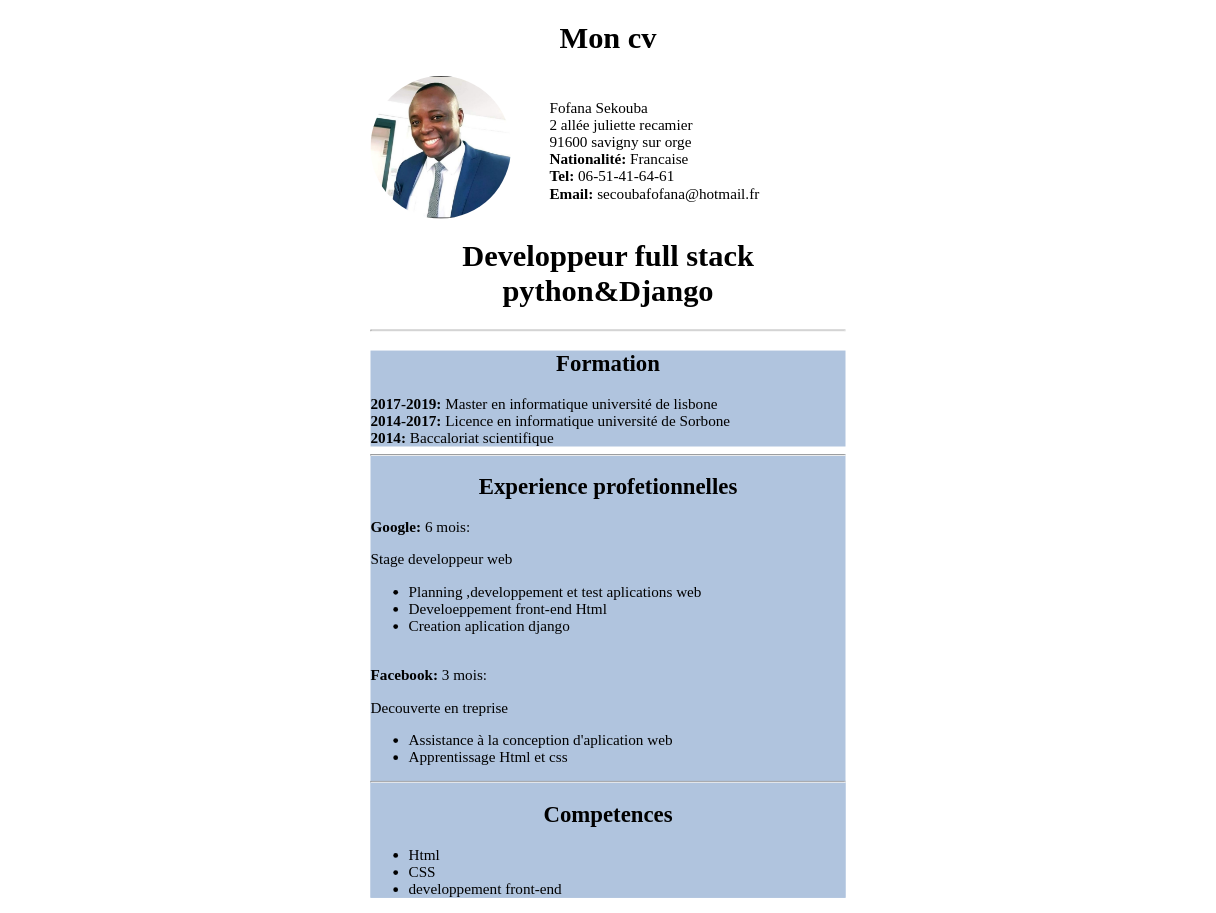
Repository: lamdakara/cv-html
Page: index.html
An editor plug-in stored every save of this project. The page is shown before and after the next save, followed by the edit.
The browser window is 1280 px wide. The pictures show the whole page, at 95% of full size.
Some web libraries are served in a nearby version.

Above is the page before, as saved 2023-08-26 14:09:57.

After the next save:
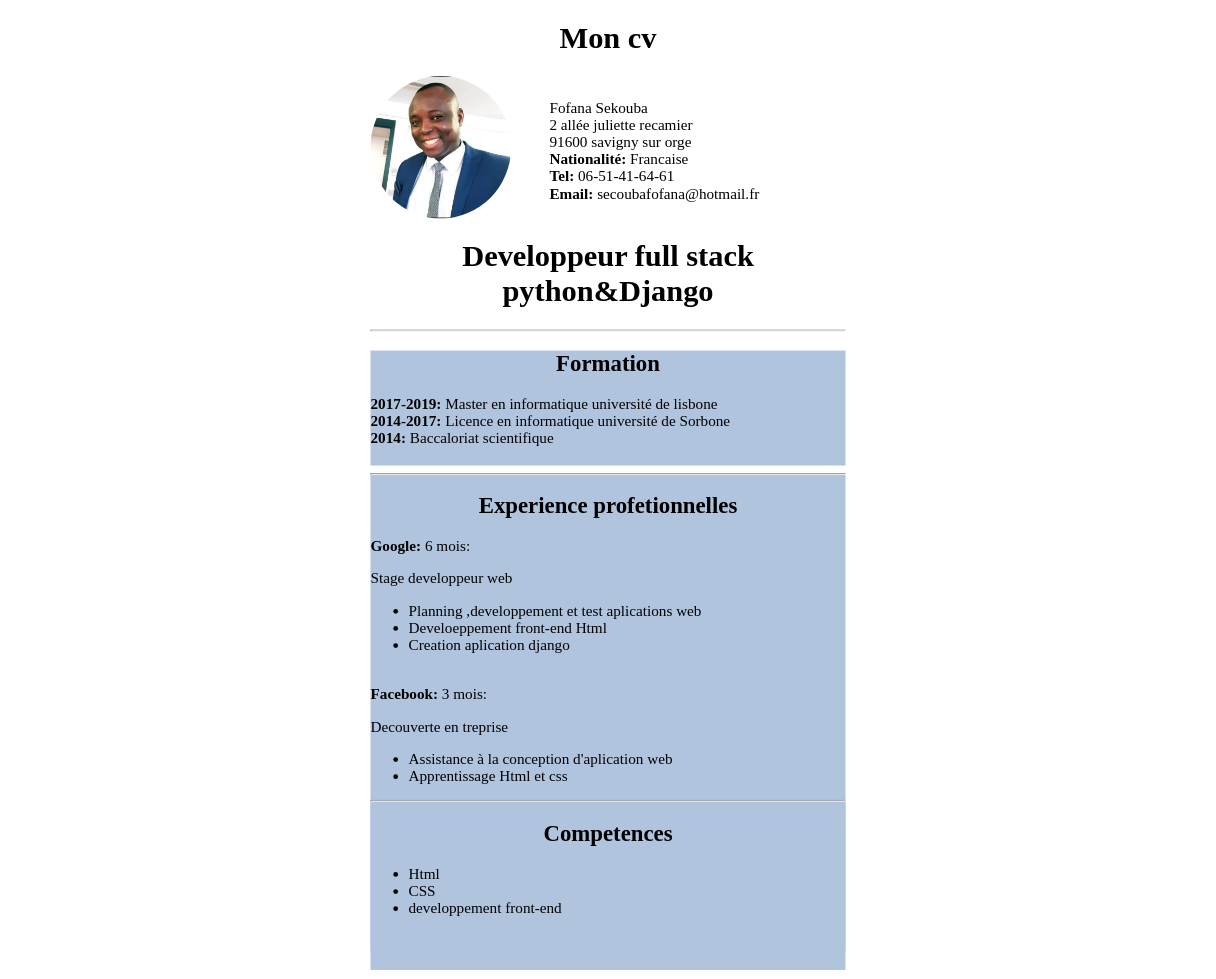
Saved 65 s later.
--- a/css/style.css
+++ b/css/style.css
@@ -22,6 +22,7 @@
 }
 .cv-section{
     background-color: lightsteelblue;
+    padding-bottom: 20px;
 }
 
 h1,h2{
